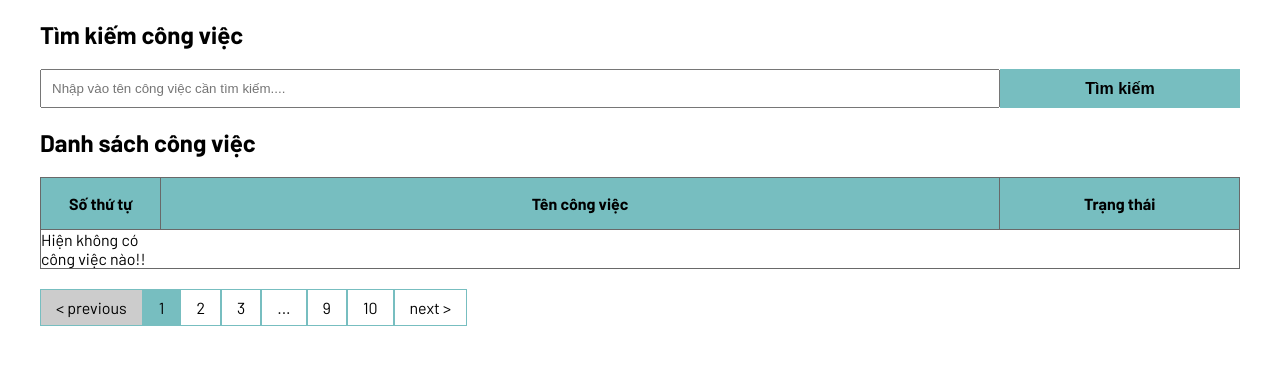
Repository: OkazakiTruong/searchReact
Page: /
The author's editor kept a copy of each file at every save. The page is drawn from the files as they stood at one save, then again after the next save.
The browser window is 1280 px wide. The pictures show the whole page.
The page's requests for data from a server got no answer. The project was rebuilt for these pictures with package versions that can differ from the ones it lists, and the page was loaded fresh each time. No one was signed in, and anything a server would have sent is missing. Also part of the build but not shown: vite.config.js.

Above is the page before, as saved 2024-01-11 19:31:01.

After the next save:
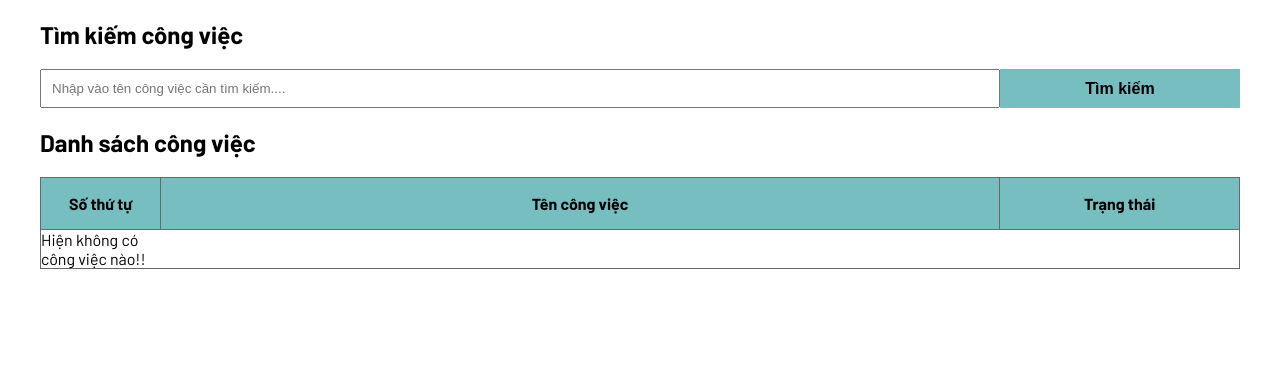
Saved 89 s later.
--- a/src/App.jsx
+++ b/src/App.jsx
@@ -6,7 +6,6 @@ export const App = () => {
   return (
     <div className="app">
       <SearchAppContainer />
-      <Pagination />
     </div>
   );
 };
